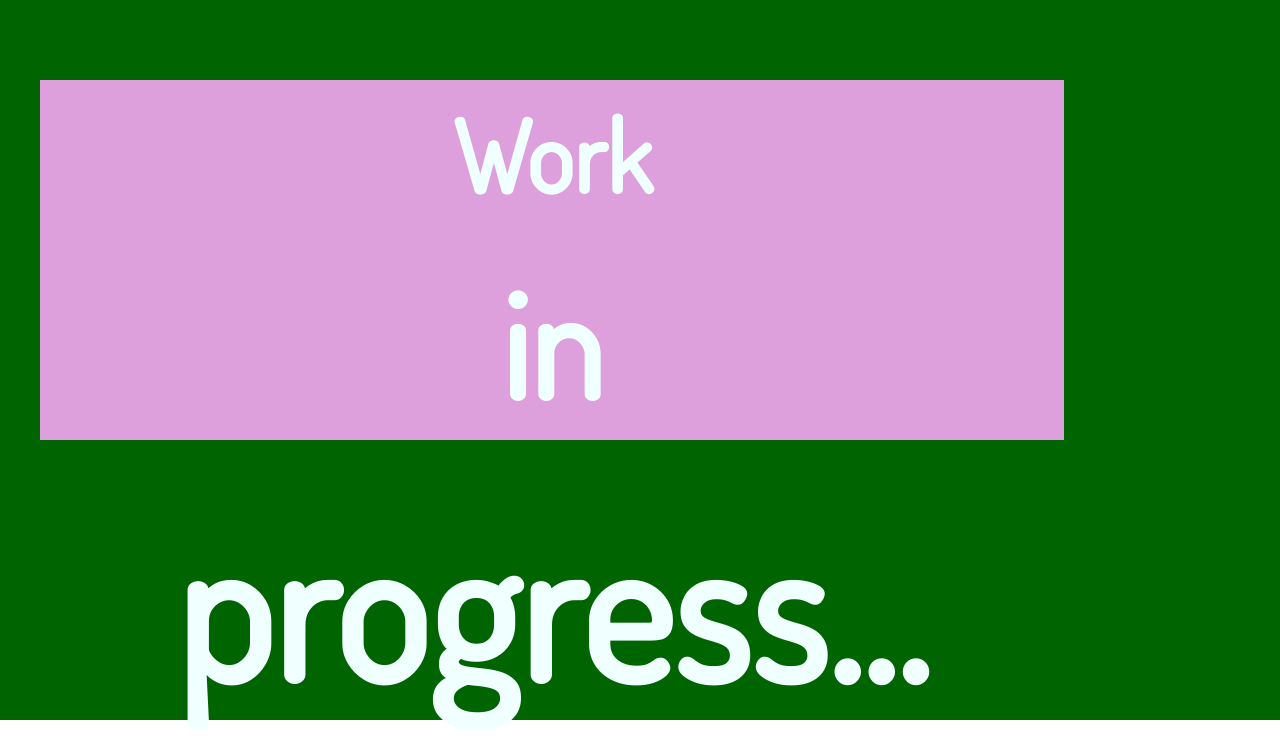
Repository: NollieChtn6/NollieChtn6.github.io
Page: index.html
These files come from the project's save history. The page is drawn as it stood at one moment and after the next save; the edit follows.
The browser window is 1280 px wide. The pictures show the whole page.

Above is the page before, as saved 2023-11-10 18:15:44.

After the next save:
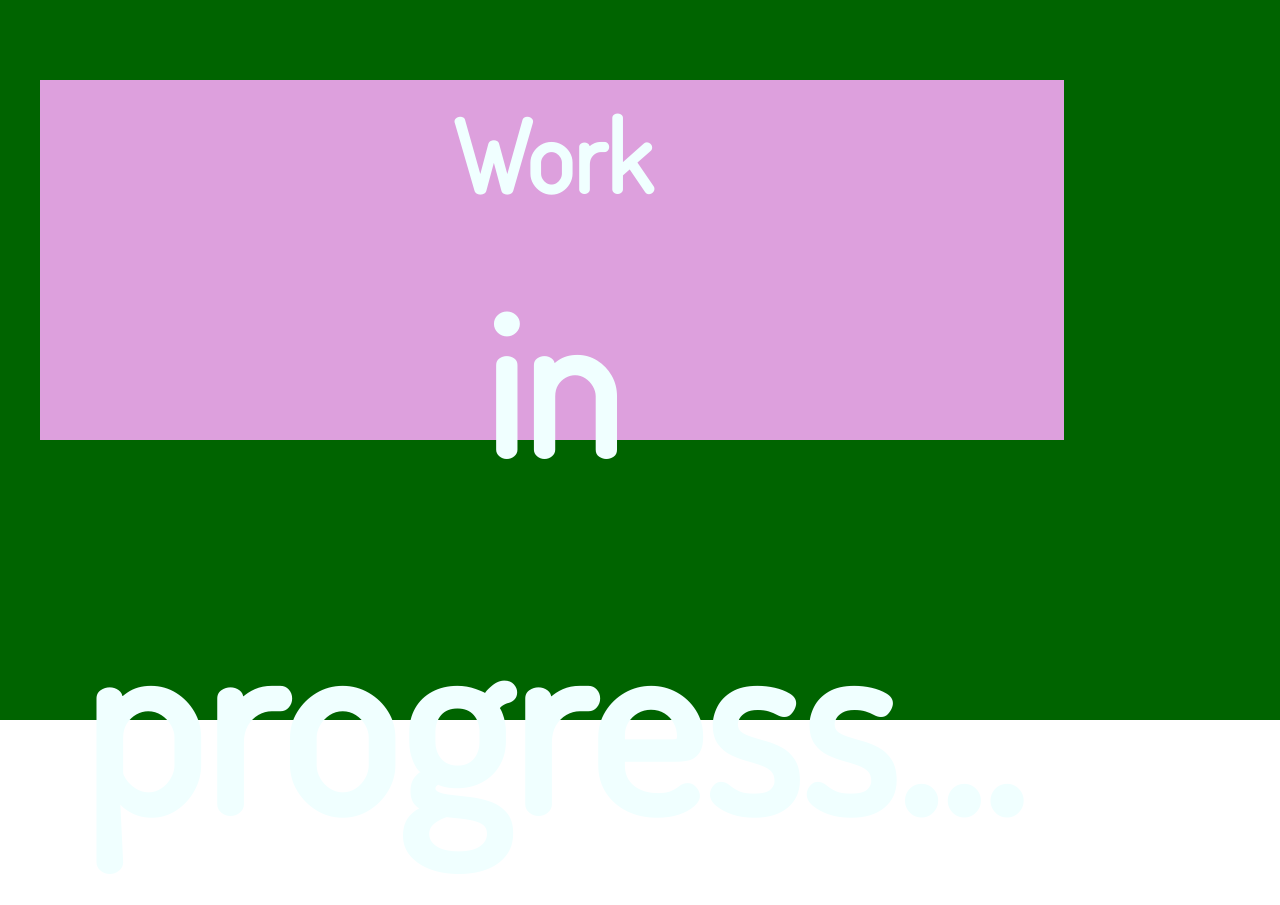
Saved 20 s later.
--- a/css/style.css
+++ b/css/style.css
@@ -70,10 +70,10 @@ h1 {
 
 .main__title--level-2 {
   align-self: center;
-  font-size: 1.5em;
+  font-size: 2em;
 }
 
 .main__title--level-3 {
   align-self: center;
-  font-size: 2em;
+  font-size: 2.5em;
 }
